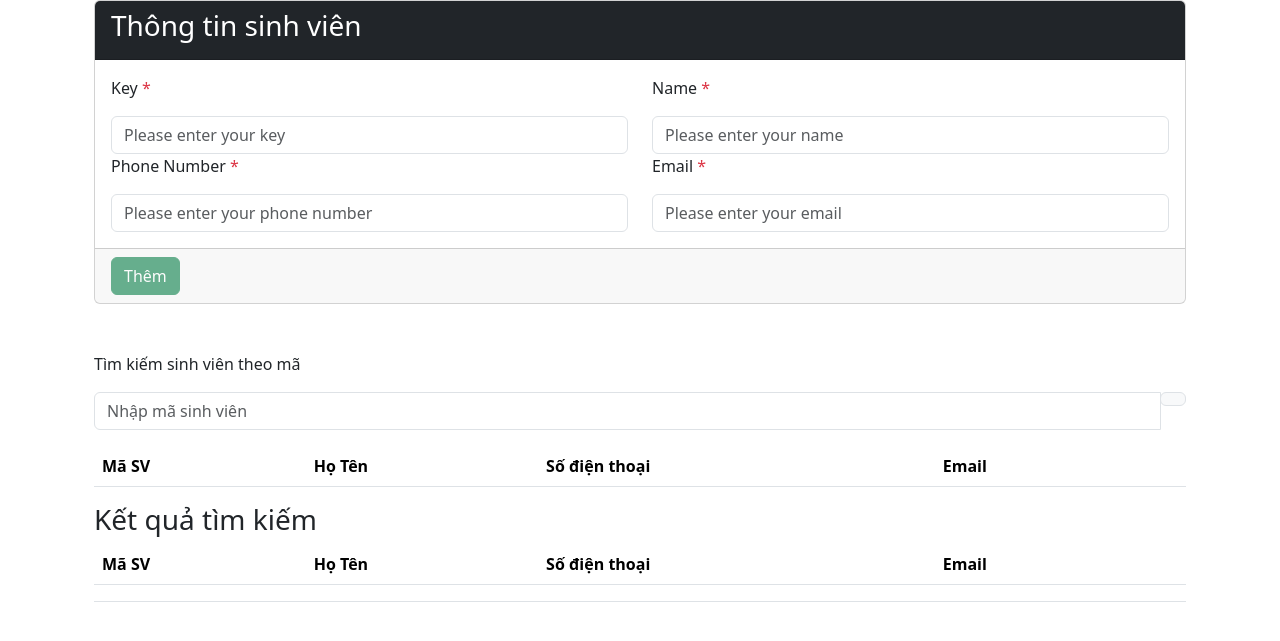
Repository: KhoiNguyen77/BT_REACT_FORM
Page: /
The author's editor kept a copy of each file at every save. The page is drawn from the files as they stood at one save, then again after the next save.
The browser window is 1280 px wide. The pictures show the whole page.
The project was rebuilt for these pictures with package versions that can differ from the ones it lists, and the page was loaded fresh each time.

Above is the page before, as saved 2023-05-29 11:13:12.

### src/FormComponent/Form.jsx
import React, { Component } from 'react'
import InputField from './InputField'
import TableField from './TableField'

export default class Form extends Component {
    state = {
        students: [],
        student: {},
        display: "",
        updateDisplay: "none"
    }
    add = (student) => {
        const students = [...this.state.students];
        students.push(student);
        this.setState({
            students: students
        })
    }
    delete = (key) => {
        const students = [...this.state.students];
        const findIndex = students.findIndex(student => student.key == key)
        if (findIndex != -1) {
            students.splice(findIndex, 1)
        }
        this.setState({
            students: students
        })
    }
    edit = (key) => {
        const students = [...this.state.students];
        const student = students.find(student => student.key == key)
        if (student) {
            this.setState({
                student: student,
                display: "none",
                updateDisplay: ""
            })
        }
        for (let key in student) {
            document.querySelector(`#${key}`).value = student[key]
            if (key == "key") {
                document.querySelector(`#${key}`).disabled = true;
            }
        }
    }

    update = updatedStudent => {
        const students = [...this.state.students];
        const student = students.find(student => student.key == updatedStudent.key)
        for (let key in student) {
            student[key] = updatedStudent[key];
        }
        this.setState({
            students: students,
            display: "",
            updateDisplay: "none"
        })
    }
    render() {
        return (
            <div className='container'>
                <InputField add={this.add} students={this.state.students} student={this.state.student} update={this.update} display={this.state.display} updateDisplay={this.state.updateDisplay}></InputField>
                <TableField students={this.state.students} deleteStudent={this.delete} edit={this.edit}></TableField>
            </div>
        )
    }

    componentDidUpdate(prevProps, prevStates) {
        if (prevStates.students != this.state.students) {
            console.log("!");
            return true;
        } return false
    }
}

### src/FormComponent/InputField.jsx
import React, { Component, PureComponent } from 'react'

export default class InputField extends PureComponent {
    constructor(props) {
        super(props);
        this.state = {
            values: {
                key: 0,
                name: "",
                phoneNumber: 0,
                email: ''
            },
            errors: {
                key: "*",
                name: "*",
                phoneNumber: "*",
                email: "*"
            },
            Disabled: true,
            disabledEdit: true,
            display: "",
            updateDisplay: "none",
        }
    }
    UNSAFE_componentWillReceiveProps(nextProps) {
        console.log(this.state.values);
        if (nextProps.student !== this.state.values) {
            this.setState({
                values: nextProps.student,
                errors: {
                    key: "",
                    name: "",
                    phoneNumber: "",
                    email: ""
                },
                disabledEdit: true,
                display: nextProps.display,
                updateDisplay: nextProps.updateDisplay
            })
        }
    }
    handleInput = e => {
        const { students } = this.props;
        const { id, value, } = e.target;
        const inputValues = { ...this.state.values }
        const errors = { ...this.state.errors }
        let message = ""
        inputValues[id] = value;
        let dataType = e.target.getAttribute("data-type");
        // eslint-disable-next-line default-case
        switch (dataType) {
            case "letter": {
                let regexLetter = /^[a-zA-Z]+$/;
                if (!regexLetter.test(value)) {
                    message = id + ' must be letters';
                }
                break;
            }
            case "number": {
                let min = JSON.parse(e.target.getAttribute("min-maxLength"))[0];
                let max = JSON.parse(e.target.getAttribute("min-maxLength"))[1];
                if (value.length < min || value.length > max) {
                    message = id + ` must be from ${min} to ${max} length`
                }
                break;
            }
            // eslint-disable-next-line no-fallthrough
            case "email": {
                var mailformat = /^(([^<>()\[\]\\.,;:\s@"]+(\.[^<>()\[\]\\.,;:\s@"]+)*)|(".+"))@((\ [[0-9]{1,3}\.[0-9]{1,3}\.[0-9]{1,3}\.[0-9]{1,3}\])|(([a-zA-Z\-0-9]+\.)+[a-zA-Z]{2,}))$/
                if (!mailformat.test(value)) {
                    message = id + ' must be in correct form'
                    break;
                }
            }
        }
        if (e.target.getAttribute("uniqe")) {
            if (students.find(student => student.key == value)) {
                message = id + " has exists!";
            }
        }
        if (value.trim() == "") {
            message = id + " can't be blank";
        }
        errors[id] = message
        let result = this.checkValidForm(errors);
        this.setState({
            values: inputValues,
            errors: errors,
            Disabled: result,
            disabledEdit: false,
        })

    }
    checkValidForm = (errors) => {
        let output = false;
        for (let key in errors) {
            if (errors[key] !== "") {
                output = true;
                break
            }
        }
        return output
    }
    handleSubmit = e => {
        e.preventDefault();
        document.querySelector("form.card").reset();
        this.setState({
            values: {
                key: 0,
                name: "",
                phoneNumber: 0,
                email: ''
            },
            errors: {
                key: "*",
                name: "*",
                phoneNumber: "*",
                email: "*"
            },
            Disabled: true,
            updateDisplay: "none"
        })
        const { add } = this.props;
        add(this.state.values);
    }

    handleEdit = e => {
        e.preventDefault();
        document.querySelector("form.card").reset();
        this.setState({
            values: {
                key: 0,
                name: "",
                phoneNumber: 0,
                email: ''
            },
            errors: {
                key: "*",
                name: "*",
                phoneNumber: "*",
                email: "*"
            },
            Disabled: true,
            display: "",
            updateDisplay: "none"
        })
        document.querySelector("#key").disabled = false
        const { update } = this.props;
        update(this.state.values);
    }
    render() {
        return (
            <div className='container mb-5'>
                <form className='card'>
                    <div className="card-header bg-dark">
                        <h3 className='text-white'>Thông tin sinh viên</h3>
                    </div>
                    <div className="card-body">
                        <div className="row">
                            <div className="col-6">
                                <p className='d-inline-block'>Key</p> <span className='text-danger'>{this.state.errors.key}</span>
                                <input type="number" id='key' uniqe="id" min-maxLength="[3,5]" data-type="number" className='form-control' onChange={this.handleInput} placeholder='Please enter your key' />
                            </div>
                            <div className="col-6">
                                <p className='d-inline-block' >Name</p> <span className='text-danger'>{this.state.errors.name}</span>
                                <input type="text" id='name' data-type="letter" className='form-control' onChange={this.handleInput} placeholder='Please enter your name' />
                            </div>
                        </div>
                        <div className="row">
                            <div className="col-6">
                                <p className='d-inline-block'>Phone Number</p> <span className='text-danger'>{this.state.errors.phoneNumber}</span>
                                <input type="number" id='phoneNumber' className='form-control' min-maxLength="[8,10]" data-type="number" onChange={this.handleInput} placeholder='Please enter your phone number' />
                            </div>
                            <div className="col-6">
                                <p className='d-inline-block'>Email</p> <span className='text-danger'>{this.state.errors.email}</span>
                                <input type="email" id='email' className='form-control' onChange={this.handleInput} data-type="email" placeholder='Please enter your email' />
                            </div>
                        </div>
                    </div>
                    <div className="card-footer">
                        <button type='submit' onClick={this.handleSubmit} className='btn btn-success' disabled={this.state.Disabled} style={{ display: this.state.display }}>Thêm</button>
                        <button type='submit' className='btn btn-primary mx-2' disabled={this.state.disabledEdit} onClick={this.handleEdit} style={{ display: this.state.updateDisplay }} >Update</button>
                    </div>
                </form>
            </div>
        )
    }
}

### src/FormComponent/TableField.jsx
import React, { Component, useState } from 'react'
import Result from './Result'

export default class TableField extends Component {
    constructor(props) {
        super(props)
        this.state = {
            students: [],
            result: {}
        }
    }
    handleInput = e => {
        let inputValue = e.target.value
        let result = {};
        const { students } = this.props;
        let cloneStudents = [...students];
        cloneStudents.filter(student => {
            if (student.key == inputValue) {
                result = { ...student }
            }
            return result
        })
        this.setState({
            result: result
        })
    }
    render() {
        const { students, deleteStudent, edit } = this.props;
        return (
            <div className='container'>
                <div class="row mb-3">
                    <div class="col">
                        <div>
                            <p>Tìm kiếm sinh viên theo mã</p>
                            <div className="input-group">
                                <input type="text" className="form-control" placeholder="Nhập mã sinh viên" id="searchName" onChange={this.handleInput} />
                                <div className="input-group-prepend">
                                    <span className="input-group-text" id="btnSearch"><i className="fa fa-search" /></span>
                                </div>
                            </div>
                        </div>

                    </div>
                </div>
                <table className='table'>
                    <thead>
                        <tr>
                            <th>Mã SV</th>
                            <th>Họ Tên</th>
                            <th>Số điện thoại</th>
                            <th>Email</th>
                            <th></th>
                        </tr>
                    </thead>
                    <tbody>
                            {students.map(student => {
                                return <tr>
                                    <td>{student.key}</td>
                                    <td>{student.name}</td>
                                    <td>{student.phoneNumber}</td>
                                    <td>{student.email}</td>
                                    <td>
                                        <button className='btn btn-primary mx-3' onClick={() => {
                                            edit(student.key)
                                        }}>Edit</button>
                                        <button className='btn btn-danger' onClick={() => {
                                            deleteStudent(student.key)
                                        }}>Delete</button>
                                    </td>
                                </tr>
                            })}
                    </tbody>
                </table>
                <h3>Kết quả tìm kiếm</h3>
                <Result result={this.state.result}></Result>
            </div>
        )
    }
}

### src/FormComponent/Result.jsx
/* eslint-disable import/no-anonymous-default-export */
import React, { Component } from 'react'

export default class extends Component {
    state = {
        result: {}
    }
    UNSAFE_componentWillReceiveProps(nextProps) {
        if (nextProps.result != this.state.result) {
            this.setState({
                result: nextProps.result
            })
        }
    }
    render() {
        return (
            <table className='table'>
                <thead>
                    <tr>
                        <th>Mã SV</th>
                        <th>Họ Tên</th>
                        <th>Số điện thoại</th>
                        <th>Email</th>
                        <th></th>
                    </tr>
                </thead>
                <tbody>
                    <tr>
                        <td>{this.state.result.key}</td>
                        <td>{this.state.result.name}</td>
                        <td>{this.state.result.phoneNumber}</td>
                        <td>{this.state.result.email}</td>
                        <td>
                        </td>
                    </tr>

                </tbody>
            </table>
        )
    }
}

Loaded but not shown: public/index.html (common file); src/index.js (common file)

After the next save:
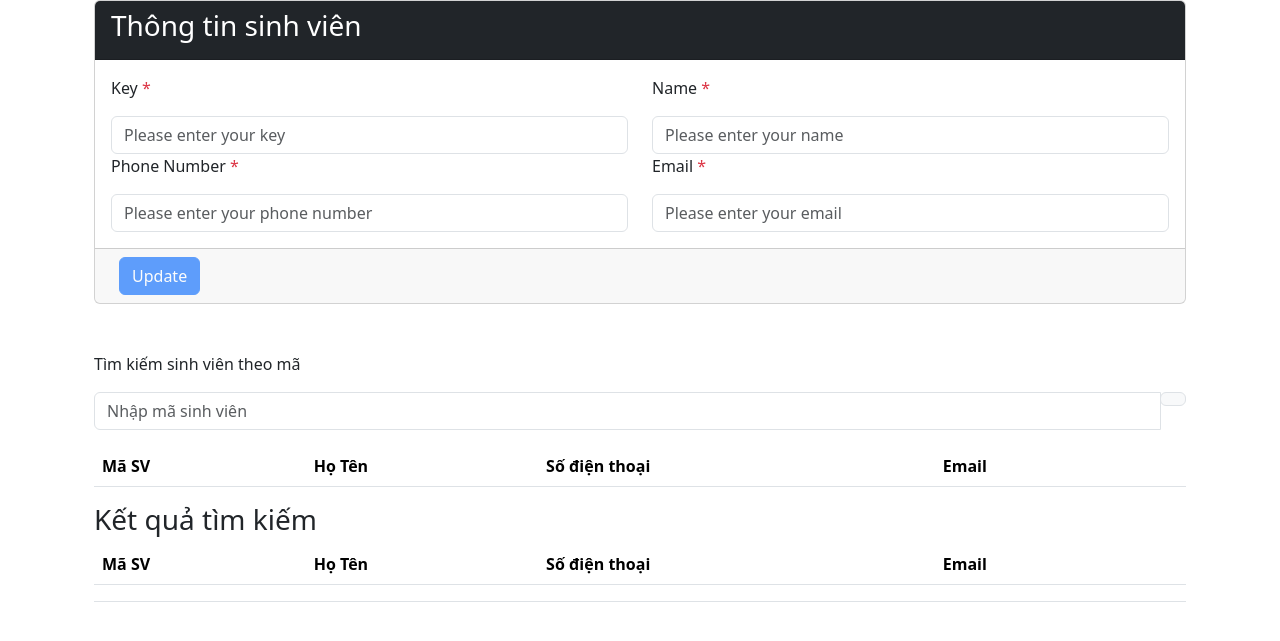
Saved 5 min 29 s later.
--- a/src/FormComponent/InputField.jsx
+++ b/src/FormComponent/InputField.jsx
@@ -178,8 +178,8 @@ export default class InputField extends PureComponent {
                         </div>
                     </div>
                     <div className="card-footer">
-                        <button type='submit' onClick={this.handleSubmit} className='btn btn-success' disabled={this.state.Disabled} style={{ display: this.state.display }}>Thêm</button>
-                        <button type='submit' className='btn btn-primary mx-2' disabled={this.state.disabledEdit} onClick={this.handleEdit} style={{ display: this.state.updateDisplay }} >Update</button>
+                        <button type='submit' onClick={this.handleSubmit} className='btn btn-success' style={{ display: this.props.student ? 'none' : 'block' }}>Thêm</button>
+                        <button type='submit' className='btn btn-primary mx-2' disabled={this.state.disabledEdit} onClick={this.handleEdit} style={{ display: this.props.student ? 'block' : 'none' }} >Update</button>
                     </div>
                 </form>
             </div>
